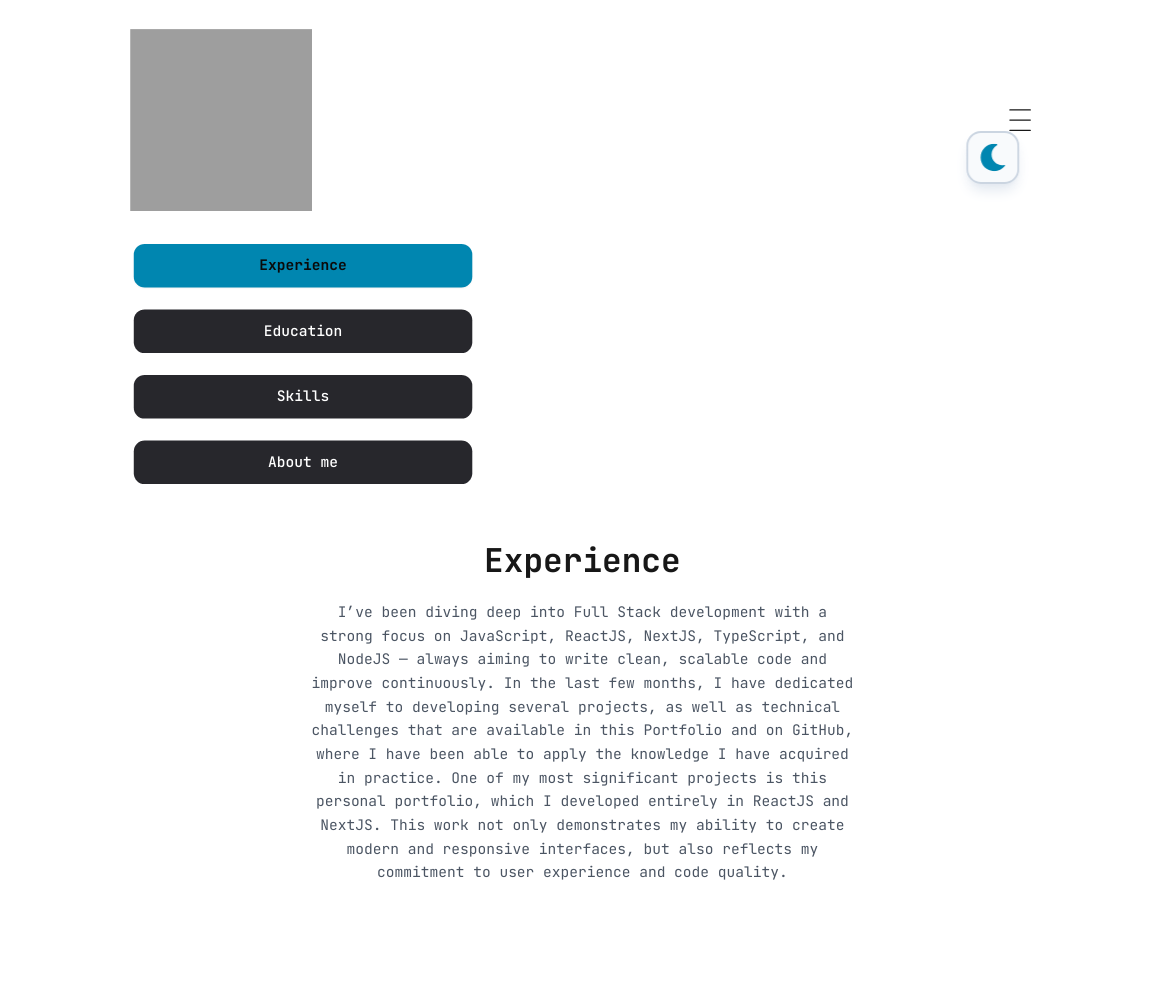
Repository: sergioscker/sergio-portfolio
Page: /resume
The author's editor kept a copy of each file at every save. The page is drawn from the files as they stood at one save, then again after a run of saves.
The browser window is 1280 px wide. The pictures show the whole page, at 91% of full size.
Pictures or frames that could not be fetched are drawn as grey boxes. The project was rebuilt for these pictures with package versions that can differ from the ones it lists, and the page was loaded fresh each time. The framework's server and built-in components were replaced by stand-ins that run in the browser. Also part of the build but not shown: next.config.mjs, components/ui/scroll-area.jsx, components/ui/tooltip.jsx.

Above is the page before, as saved 2025-05-19 14:35:47.

After the next 2 saves:
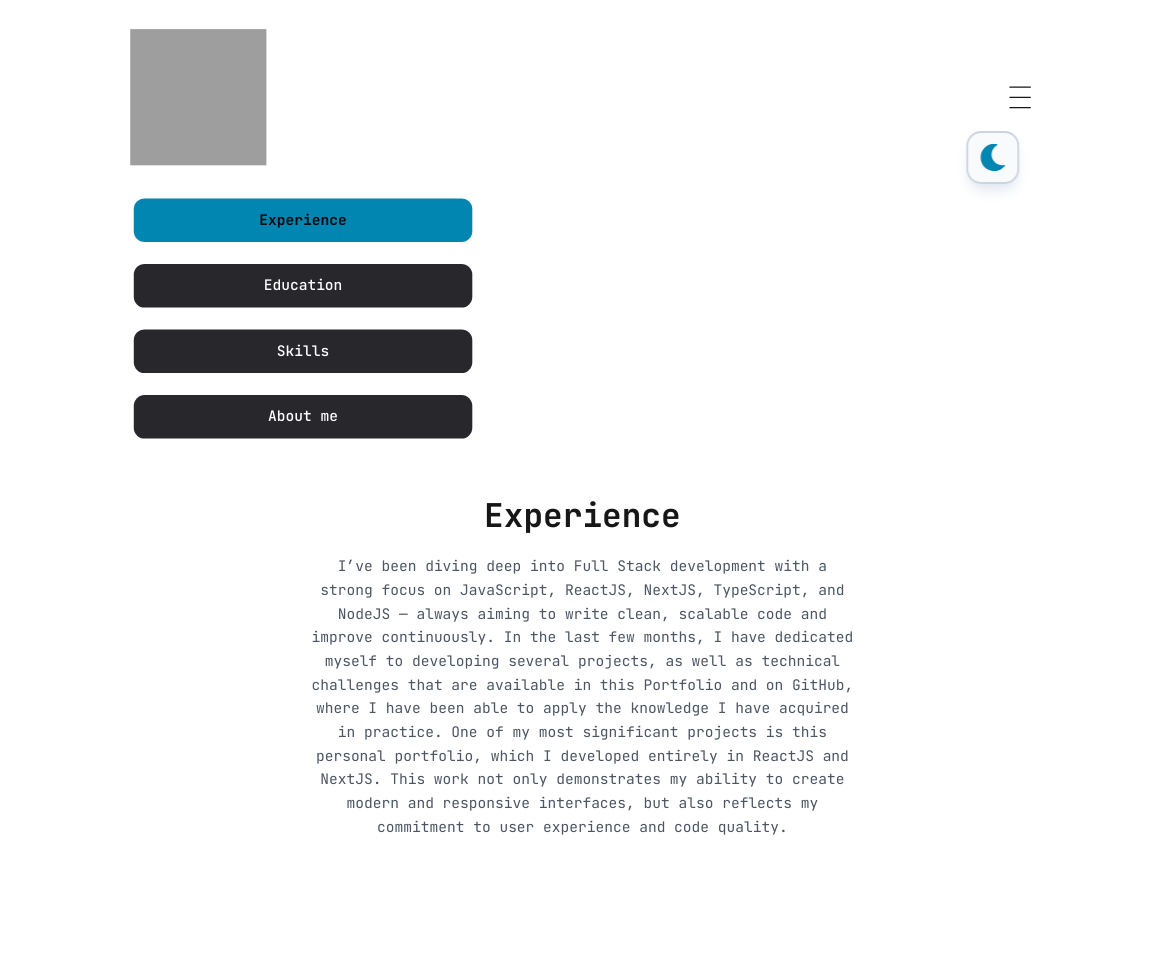
The 2 saves are shown as one change because they came seconds apart.
The last was saved 10 s later.
--- a/components/Header.jsx
+++ b/components/Header.jsx
@@ -14,7 +14,7 @@ export const Header = () => {
         <Link href="/">
           <Image
             src="/icon.png"
-            className='h-[200px] w-[200px]'
+            className='h-[150px] w-[150px]'
             alt="icon"
             priority
             quality={100}
